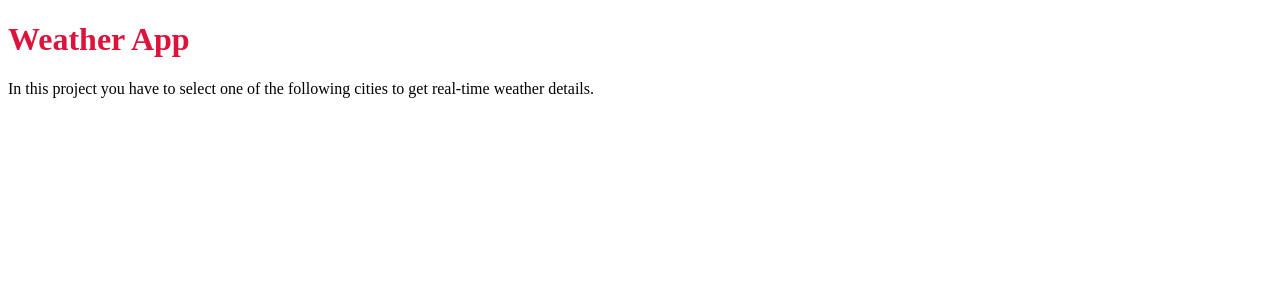
Repository: AalokJadhav/Weather_Website
Page: welcome.html
The author's editor kept a copy of each file at every save. The page is drawn from the files as they stood at one save, then again after the next save.
The browser window is 1280 px wide. The pictures show the whole page.

Above is the page before, as saved 2020-11-03 07:56:37.

### welcome.html
<!DOCTYPE html>
<html lang="en">
<head>
    <meta charset="UTF-8">
    <meta name="viewport" content="width=device-width, initial-scale=1.0">
    <title>Document</title>
</head>
<body>
    <h1 style="font-family:serif; color: crimson;"> Weather App</h1>
    <p>
        In this project you have to select one of the following cities to get real-time weather details.
    </p>
</body>
</html>

After the next save:
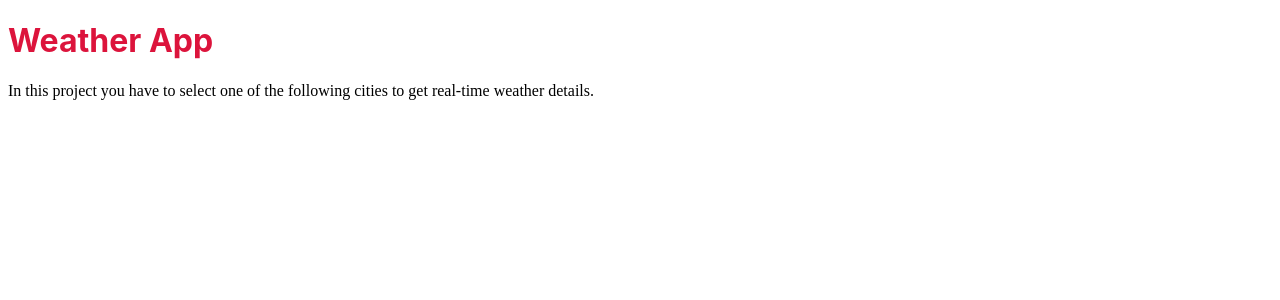
Saved 13 s later.
--- a/welcome.html
+++ b/welcome.html
@@ -6,7 +6,7 @@
     <title>Document</title>
 </head>
 <body>
-    <h1 style="font-family:serif; color: crimson;"> Weather App</h1>
+    <h1 style="font-family:-apple-system, BlinkMacSystemFont, 'Segoe UI', Roboto, Oxygen, Ubuntu, Cantarell, 'Open Sans', 'Helvetica Neue', sans-serif; color: crimson;"> Weather App</h1>
     <p>
         In this project you have to select one of the following cities to get real-time weather details.
     </p>
